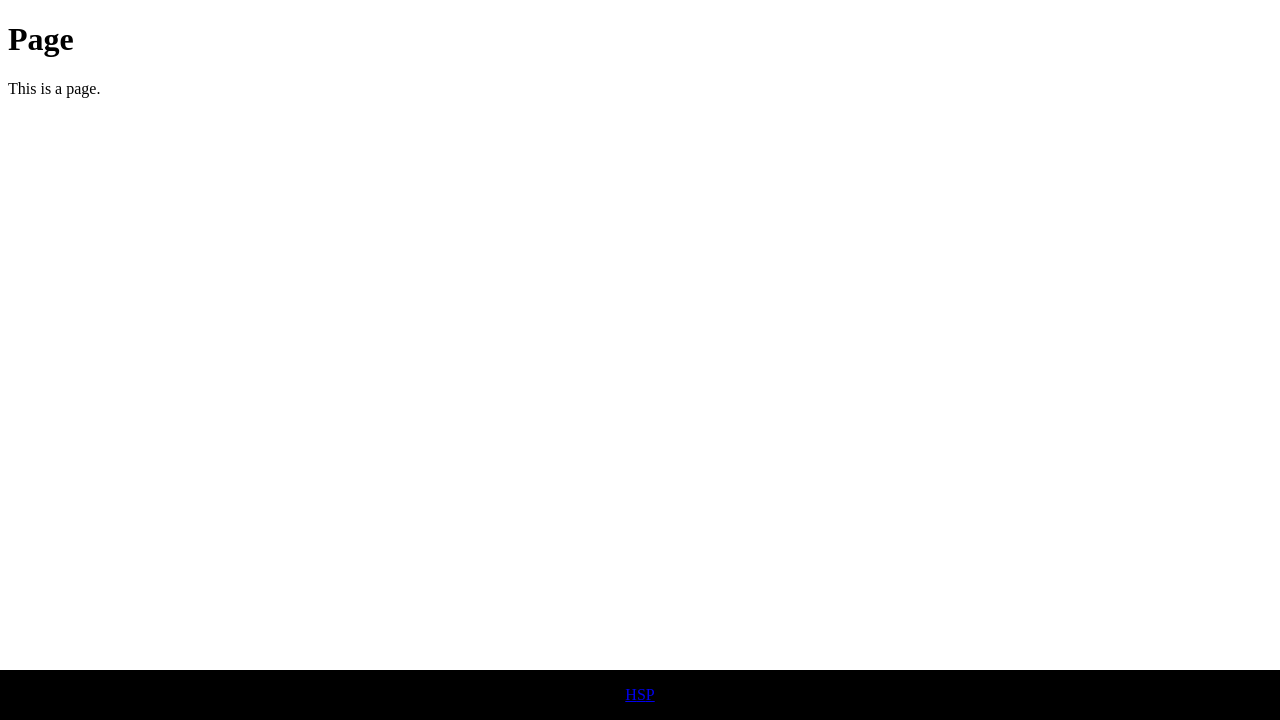
Repository: NubbDev/anime-frontend
Page: /
The author's editor kept a copy of each file at every save. The page is drawn from the files as they stood at one save, then again after the next save.
The browser window is 1280 px wide. The pictures show the whole page.
The project was rebuilt for these pictures with package versions that can differ from the ones it lists, and the page was loaded fresh each time. The framework's server and built-in components were replaced by stand-ins that run in the browser. Also part of the build but not shown: svelte.config.js, vite.config.js.

Above is the page before, as saved 2024-08-06 20:16:39.

### src/routes/+page.svelte
<script lang="ts">
 //http://localhost:1420
</script>

<main>
  <h1>Page</h1>
  <p>This is a page.</p>

  <nav>
    <ul>
      <li><a href="/">H</a></li>
      <li><a href="/search">S</a></li>
      <li><a href="/profile">P</a></li>
    </ul>
  </nav>
</main>

<style>
  nav {
    display: flex;
    justify-content: center;
    position: fixed;
    bottom: 0;
    left: 0;
    margin: 0;
    width: 100vw;
    background-color: black;
  }

  nav ul {
    display: flex;
    list-style-type: none;
    padding: 0;
  }

  nav ul li {
    justify-content: space-between;
  }
</style>

Loaded but not shown: src/app.html (common file); src/routes/+layout.ts (common file)

After the next save:
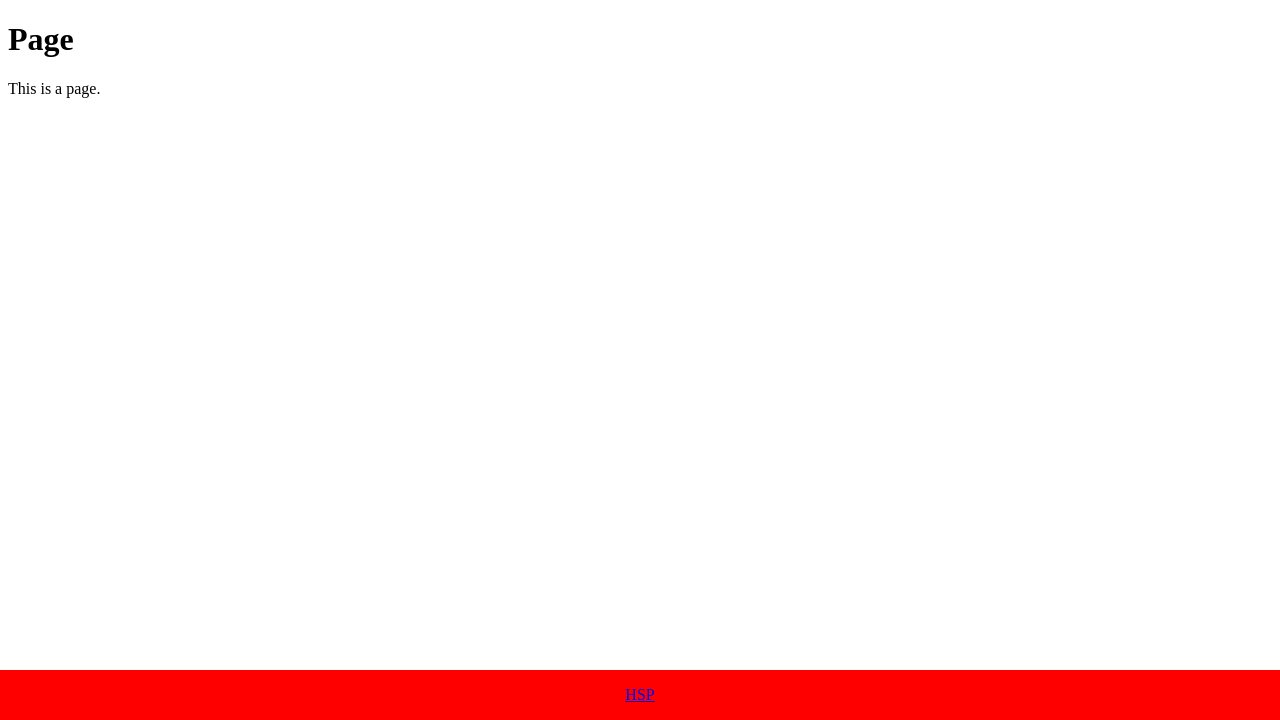
Saved 11 s later.
--- a/src/routes/+page.svelte
+++ b/src/routes/+page.svelte
@@ -24,7 +24,7 @@
     left: 0;
     margin: 0;
     width: 100vw;
-    background-color: black;
+    background-color: rgb(255, 0, 0);
   }
 
   nav ul {
@@ -34,6 +34,6 @@
   }
 
   nav ul li {
-    justify-content: space-between;
+
   }
 </style>
